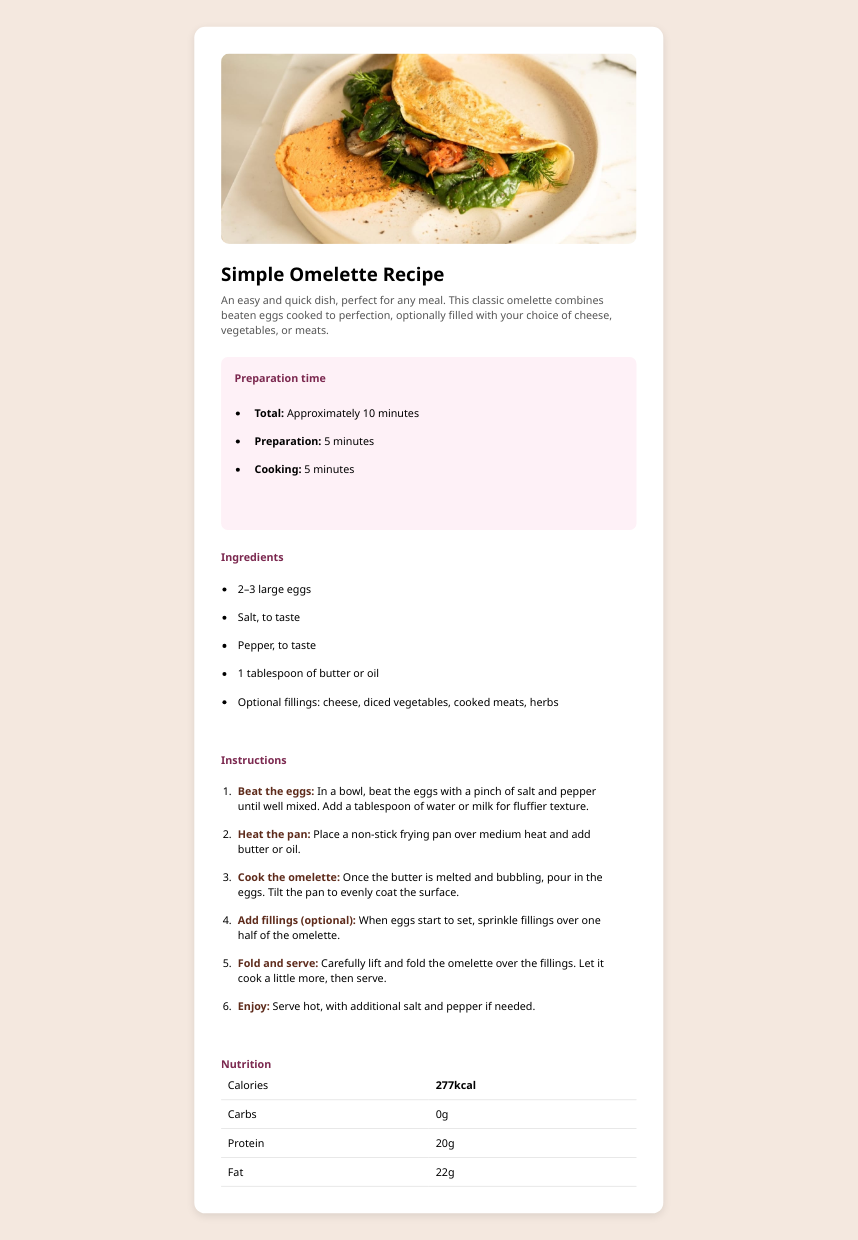
Repository: akbasliogulcan/omletterecipe
Page: index.html
The author's editor kept a copy of each file at every save. The page is drawn from the files as they stood at one save, then again after the next save.
The browser window is 1280 px wide. The pictures show the whole page, at 67% of full size.
Some web fonts or font styles are not loaded; a fallback is used.

Above is the page before, as saved 2025-07-20 23:43:51.

After the next save:
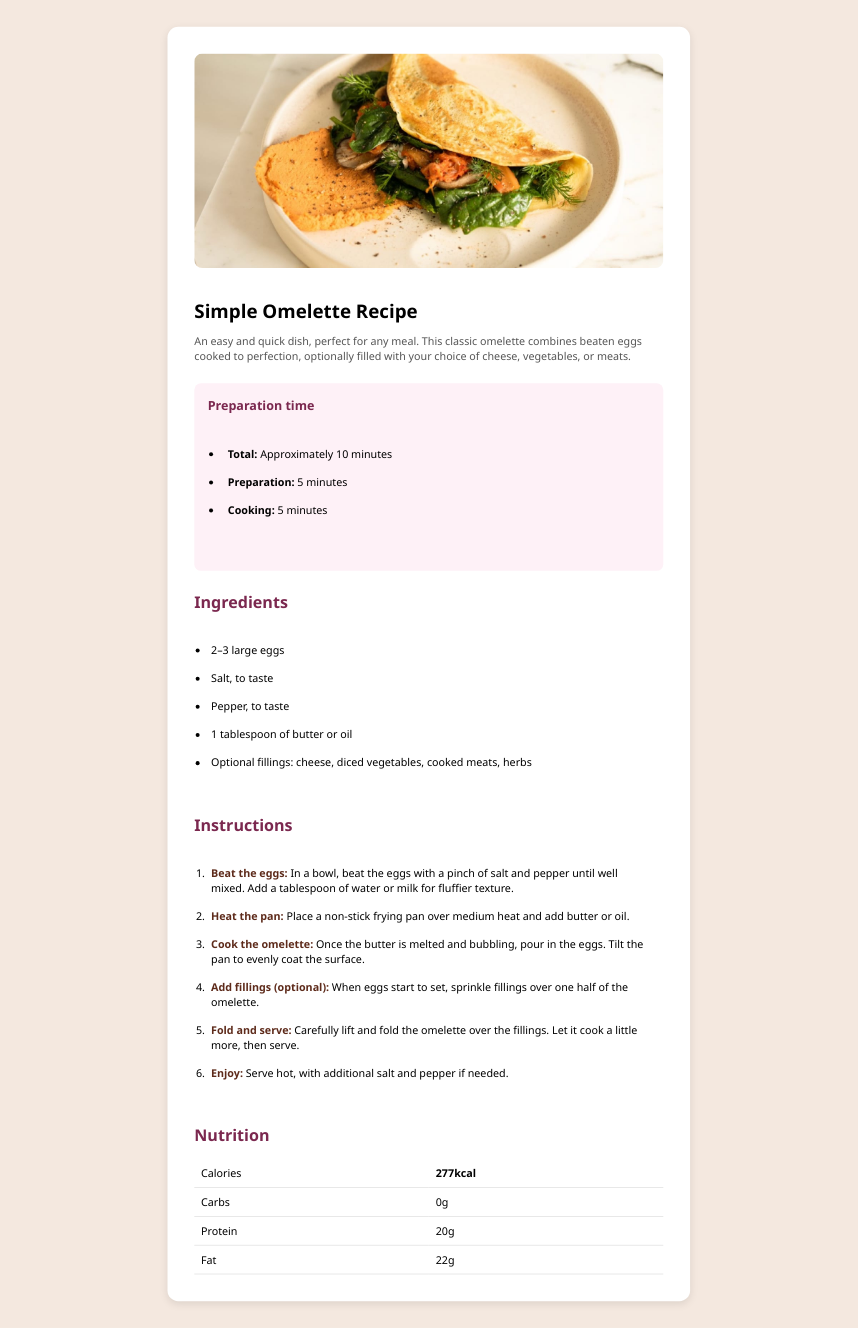
Saved 46 s later.
--- a/style.css
+++ b/style.css
@@ -1,3 +1,7 @@
+<link rel="preconnect" href="https://fonts.googleapis.com">
+<link rel="preconnect" href="https://fonts.gstatic.com" crossorigin>
+<link href="https://fonts.googleapis.com/css2?family=Big+Shoulders:opsz,wght@10..72,100..900&family=Cairo:wght@200..1000&family=Indie+Flower&family=Open+Sans:ital,wght@0,300..800;1,300..800&family=Playwrite+CO+Guides&family=Poppins:ital,wght@0,100;0,200;0,300;0,400;0,500;0,600;0,700;0,800;0,900;1,100;1,200;1,300;1,400;1,500;1,600;1,700;1,800;1,900&family=Roboto+Mono:ital,wght@0,100..700;1,100..700&family=Roboto:ital,wght@0,100;0,300;0,400;0,500;0,700;0,900;1,100;1,300;1,400;1,500;1,700;1,900&family=Space+Mono:ital,wght@0,400;0,700;1,400;1,700&family=Tsukimi+Rounded&family=Young+Serif&display=swap" rel="stylesheet">
+
 * {
   box-sizing: border-box;
   margin: 0;

After the 2 saves that followed:
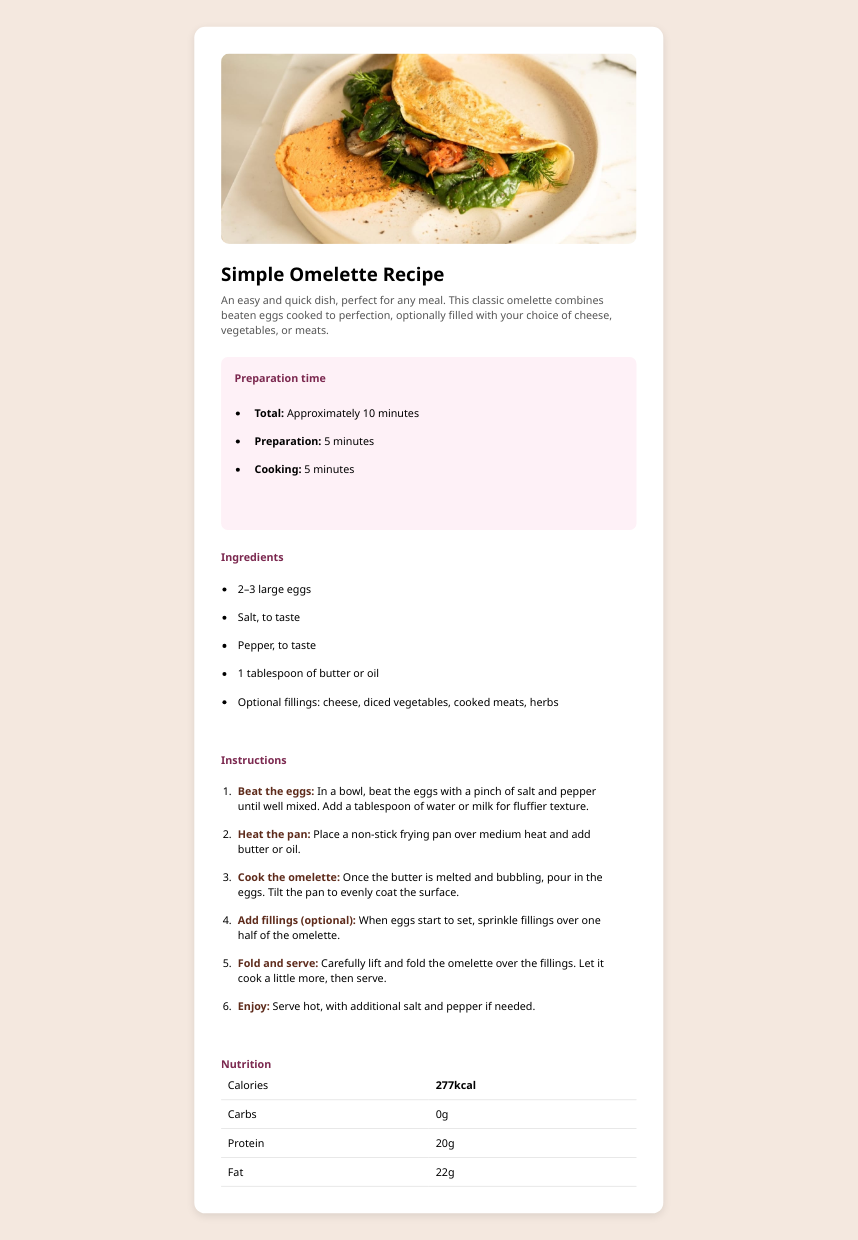
The 2 saves are shown as one change because 1 left the picture as it was.
The last was saved 27 s later.
--- a/style.css
+++ b/style.css
@@ -1,6 +1,4 @@
-<link rel="preconnect" href="https://fonts.googleapis.com">
-<link rel="preconnect" href="https://fonts.gstatic.com" crossorigin>
-<link href="https://fonts.googleapis.com/css2?family=Big+Shoulders:opsz,wght@10..72,100..900&family=Cairo:wght@200..1000&family=Indie+Flower&family=Open+Sans:ital,wght@0,300..800;1,300..800&family=Playwrite+CO+Guides&family=Poppins:ital,wght@0,100;0,200;0,300;0,400;0,500;0,600;0,700;0,800;0,900;1,100;1,200;1,300;1,400;1,500;1,600;1,700;1,800;1,900&family=Roboto+Mono:ital,wght@0,100..700;1,100..700&family=Roboto:ital,wght@0,100;0,300;0,400;0,500;0,700;0,900;1,100;1,300;1,400;1,500;1,700;1,900&family=Space+Mono:ital,wght@0,400;0,700;1,400;1,700&family=Tsukimi+Rounded&family=Young+Serif&display=swap" rel="stylesheet">
+@import url("https://fonts.googleapis.com/css2?family=Big+Shoulders:opsz,wght@10..72,100..900&family=Cairo:wght@200..1000&family=Indie+Flower&family=Open+Sans:ital,wght@0,300..800;1,300..800&family=Playwrite+CO+Guides&family=Poppins:ital,wght@0,100;0,200;0,300;0,400;0,500;0,600;0,700;0,800;0,900;1,100;1,200;1,300;1,400;1,500;1,600;1,700;1,800;1,900&family=Roboto+Mono:ital,wght@0,100..700;1,100..700&family=Roboto:ital,wght@0,100;0,300;0,400;0,500;0,700;0,900;1,100;1,300;1,400;1,500;1,700;1,900&family=Space+Mono:ital,wght@0,400;0,700;1,400;1,700&family=Tsukimi+Rounded&family=Young+Serif&display=swap");
 
 * {
   box-sizing: border-box;
